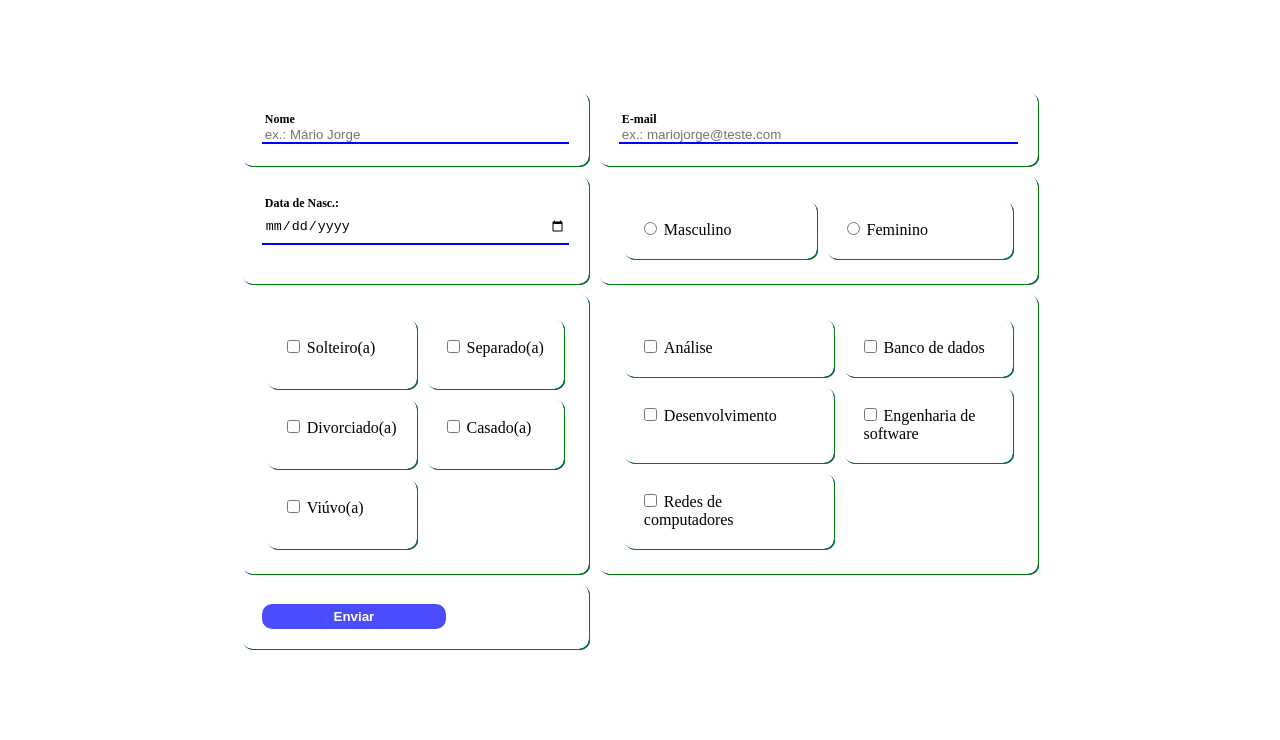
Repository: mjRibeiroTriscal/UVA_Projects
Page: Proj_A1_AVA2_2020_1/index.html
The author's editor kept a copy of each file at every save. The page is drawn from the files as they stood at one save, then again after the next save.
The browser window is 1280 px wide. The pictures show the whole page.

Above is the page before, as saved 2020-03-13 14:15:27.

### Proj_A1_AVA2_2020_1/index.html
<!--
*   @project     A1_AVA2_UVA_2020_1
*   @author      Mário Jorge (mariojgmaster@yahoo.com.br)
*   @Git         MJRibeiroTriscal (https://github.com/mjRibeiroTriscal)
-->

<html>

<head>
    <meta charset="UTF-8">
    <title>Tell Me About You</title>
    <!-- <link rel="icon" href="./favicon.png" sizes="16x16 32x32" type="image/png"> -->
    <script src="./script.js"></script>
    <link rel="stylesheet" href="./style.css" />
</head>

<body>
    <div id="container">

        <header>

        </header>

        <section>

            <form class="gridContainer" name="formUva" action="http://google.co">

                <div class="gridItem">
                    <label for="nome" class="labelFirst">Nome</label>
                    <input id="nome" type="text" name="nome" placeholder="ex.: Mário Jorge" />
                </div>
                <div class="gridItem">
                    <label for="email" class="labelFirst">E-mail</label>
                    <input id="email" type="text" name="email" placeholder="ex.: mariojorge@teste.com" />
                </div>

                <div class="gridItem">
                    <label for="dataNasc" class="labelFirst">Data de Nasc.:</label>
                    <input id="dataNasc" type="date" name="dataNasc" />
                </div>

                <div class="gridItem gridContainer">
                    <div class="gridItem">
                        <input id="masc" type="radio" name="masc" />
                        <label for="masc">Masculino</label>
                    </div>
                    <div class="gridItem">
                        <input id="fem" type="radio" name="fem" />
                        <label for="fem">Feminino</label>
                    </div>
                </div>

                <div class="gridItem gridContainer">
                    <div class="gridItem">
                        <input id="solteiro" type="checkbox" name="estCivil" />
                        <label for="solteiro">Solteiro(a)</label>
                    </div>
                    <div class="gridItem">
                        <input id="separado" type="checkbox" name="estCivil" />
                        <label for="separado">Separado(a)</label>
                    </div>
                    <div class="gridItem">
                        <input id="divorciado" type="checkbox" name="estCivil" />
                        <label for="divorciado">Divorciado(a)</label>
                    </div>
                    <div class="gridItem">
                        <input id="casado" type="checkbox" name="estCivil" />
                        <label for="casado">Casado(a)</label>
                    </div>
                    <div class="gridItem">
                        <input id="viuvo" type="checkbox" name="estCivil" />
                        <label for="viuvo">Viúvo(a)</label>
                    </div>
                </div>

                <div class="gridItem gridContainer">
                    <div class="gridItem">
                        <input id="analise" type="checkbox" name="analise" />
                        <label for="analise">Análise</label>
                    </div>
                    <div class="gridItem">
                        <input id="bancoDados" type="checkbox" name="bancoDados" />
                        <label for="bancoDados">Banco de dados</label>
                    </div>
                    <div class="gridItem">
                        <input id="desenvolvimento" type="checkbox" name="desenvolvimento" />
                        <label for="desenvolvimento">Desenvolvimento</label>
                    </div>
                    <div class="gridItem">
                        <input id="engenhariaSoftware" type="checkbox" name="engenhariaSoftware" />
                        <label for="engenhariaSoftware">Engenharia de software</label>
                    </div>
                    <div class="gridItem">
                        <input id="redesComputadores" type="checkbox" name="redesComputadores" />
                        <label for="redesComputadores">Redes de computadores</label>
                    </div>
                </div>

                <div class="gridItem itemFlex">
                    <input type="submit" value="Enviar">
                </div>

            </form>

        </section>

        <footer>

        </footer>

</body>

</html>

### Proj_A1_AVA2_2020_1/script.js
/*
 *   @project     A1_AVA2_UVA_2020_1
 *   @author      Mário Jorge (mariojgmaster@yahoo.com.br)
 *   @Git         MJRibeiroTriscal (https://github.com/mjRibeiroTriscal)
 */

### Proj_A1_AVA2_2020_1/style.css
/*
 *   @project     A1_AVA2_UVA_2020_1
 *   @author      Mário Jorge (mariojgmaster@yahoo.com.br)
 *   @Git         MJRibeiroTriscal (https://github.com/mjRibeiroTriscal)
 */

* {
    margin: 0px;
    padding: 0px;
}

html,
body {
    width: 100%;
    height: 100%;
}

#container {
    padding: 10px;
    display: flex;
    align-items: center;
    justify-content: center;
    height: 100%;
}

section {
    width: 80%;
    display: flex;
    align-items: center;
    justify-content: center;
}

section form.gridContainer {
    width: 80%;
}

label.labelFirst {
    font-size: 12px;
    font-weight: bold;
}

label {
    margin-left: 3px;
}

input {
    border: none;
    outline: none;
    box-shadow: 0;
}

input[type=text],
input[type=date] {
    width: 100%;
    height: 50%;
    padding: 1px 3px;
    border-bottom: 2px solid Blue;
    background: none;
}

input[type=submit] {
    width: 60%;
    height: 100%;
    padding: 5px;
    color: #FFF;
    font-weight: bold;
    background-color: rgba(0, 0, 255, 0.7);
    border-radius: 10px;
}

input[type=submit]:active {
    background-color: rgba(0, 0, 255, 0.9);
}

.gridContainer {
    display: grid;
    /* border: 1px solid red; */
    grid-template-columns: auto auto;
}

.gridItem {
    padding: 20px;
    /* background-color: rgb(245, 245, 245); */
    margin: 5px;
    border-radius: 10px;
    box-shadow: 1px 1px green, 1px 1px blue;
}

After the next save:
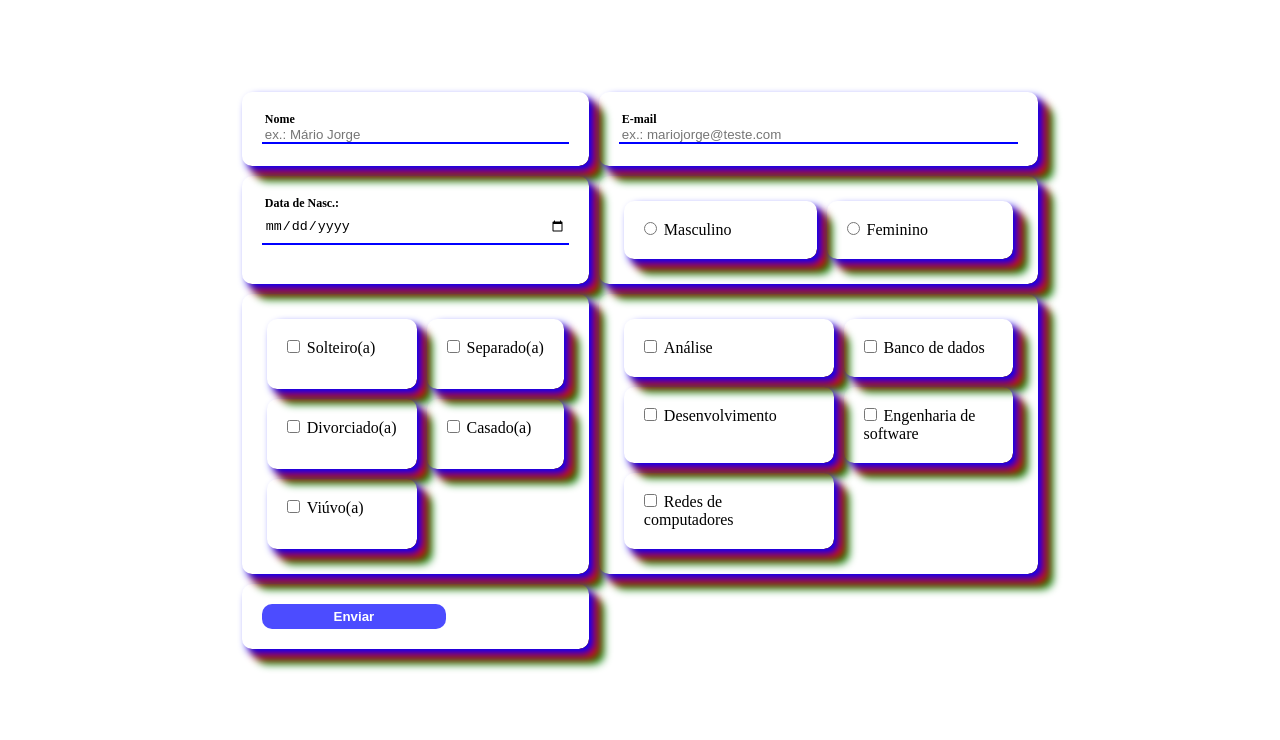
Saved 35 s later.
--- a/Proj_A1_AVA2_2020_1/style.css
+++ b/Proj_A1_AVA2_2020_1/style.css
@@ -83,5 +83,5 @@ input[type=submit]:active {
     /* background-color: rgb(245, 245, 245); */
     margin: 5px;
     border-radius: 10px;
-    box-shadow: 1px 1px green, 1px 1px blue;
+    box-shadow: 5px 5px 8px blue, 10px 10px 8px red, 15px 15px 8px green;
 }
